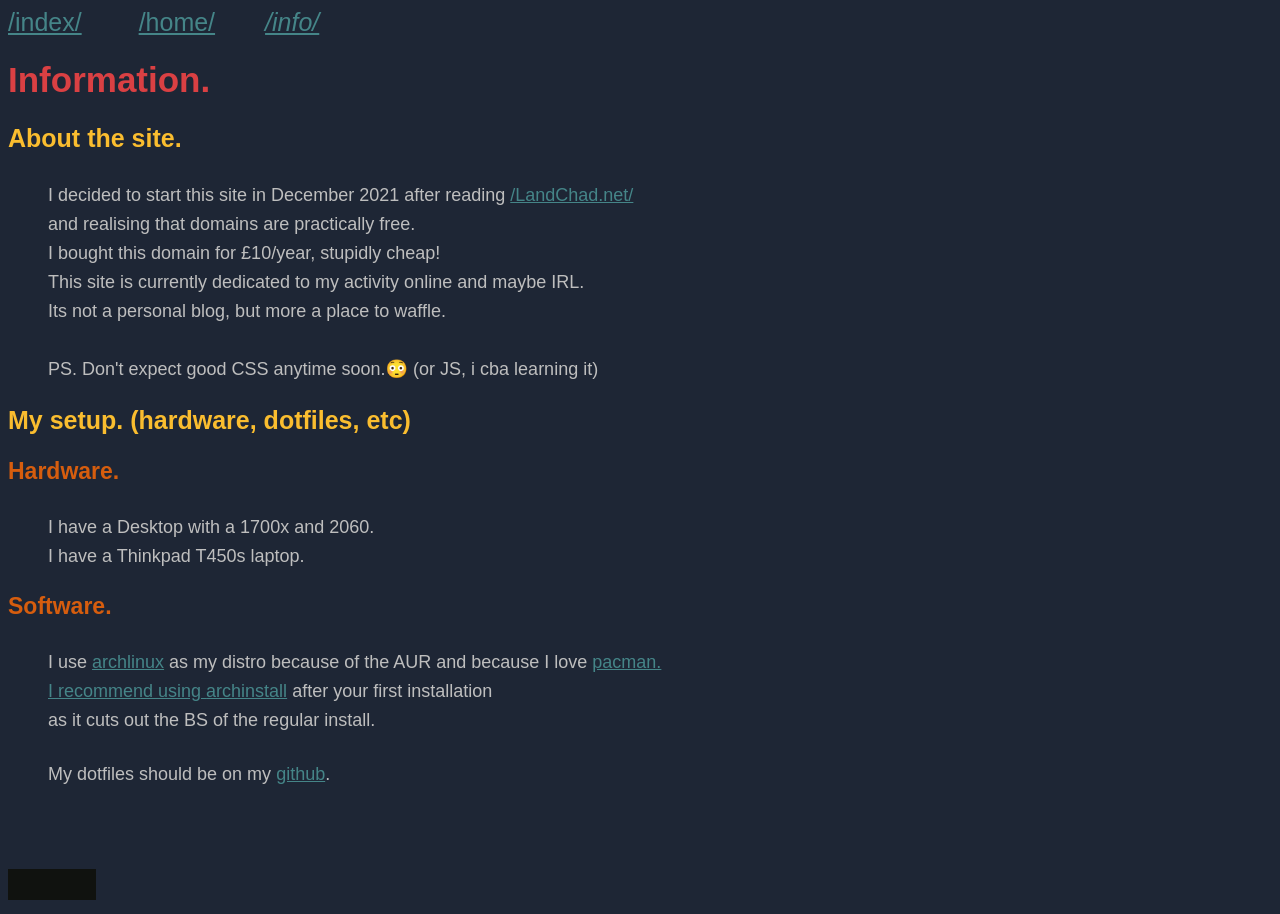
Repository: KieranCrossland/kierancrosslandxyz
Page: info.html
These files come from the project's save history. The page is drawn as it stood at one moment and after the next save; the edit follows.
The browser window is 1280 px wide. The pictures show the whole page.

Above is the page before, as saved 2022-06-19 02:20:21.

After the next save:
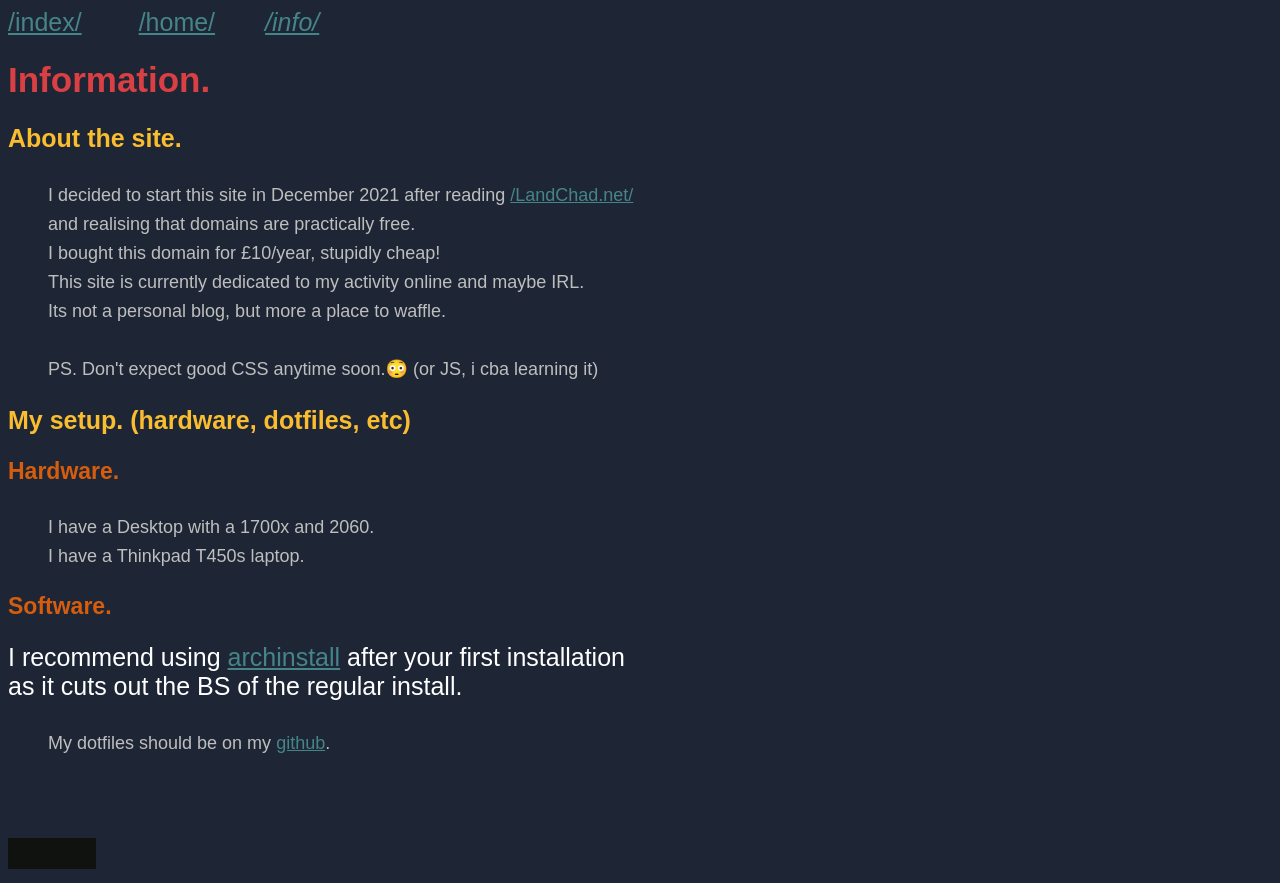
Saved 87 s later.
--- a/info.html
+++ b/info.html
@@ -84,9 +84,7 @@ h3 {
 
 <ul><p1>I have a Desktop with a 1700x and 2060.<br>I have a Thinkpad T450s laptop.</p1></ul>
 
-<h3>Software.</h3>
-<ul><p1>I use <a href="https://archlinux.org/" target="_blank">archlinux</a> as my distro because of the AUR and because I love <a href="https://wiki.archlinux.org/title/Pacman" target="_blank">pacman.<br>
-  I recommend using <a href="https://wiki.archlinux.org/title/Archinstall" target="_blank">archinstall</a> after your first installation<br>as it cuts out the BS of the regular install. </p1></ul>
+<h3>Software.</h3>I recommend using <a href="https://wiki.archlinux.org/title/Archinstall" target="_blank">archinstall</a> after your first installation<br>as it cuts out the BS of the regular install. </p1></ul>
 <ul><p1>My dotfiles should be on my <a href="https://github.com/kierancrossland" target="_blank">github</a>.</p1></ul>
 <br><br><a href="https://landchad.net" target="_blank">
  <img src="img/landchad.gif" width="88px" height="31px" alt=""/>
